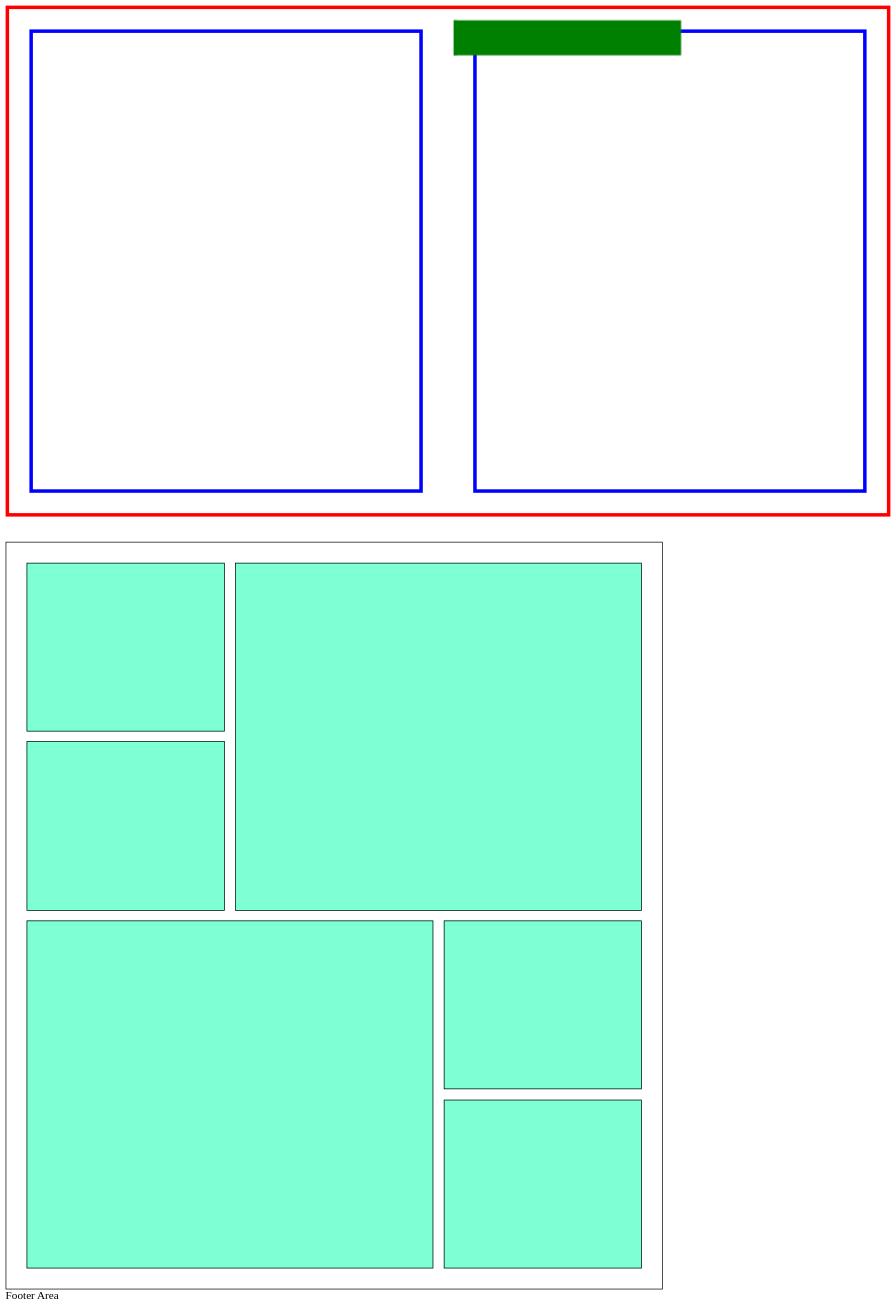
Repository: BwesewB/Brutalist-Website
Page: /
An editor plug-in stored every save of this project. The page is shown before and after the next save, followed by the edit.
The browser window is 1280 px wide. The pictures show the whole page, at 70% of full size.
The project was rebuilt for these pictures with package versions that can differ from the ones it lists, and the page was loaded fresh each time. The framework's server and built-in components were replaced by stand-ins that run in the browser. Also part of the build but not shown: next.config.mjs.

Above is the page before, as saved 2024-02-03 17:30:48.

### pages/index.js
import Head from "next/head";
import Image from "next/image";
import styles from "@/styles/Home.module.css";
import { useState } from "react";



export default function Home() {

  const[input,setInput] = useState();


  const classFilters = {
    1: 'Magician',
    2: 'Theif',
    4: 'Warrior',
    8: 'Bowman',
    16: 'Pirate',
    32: 'Nothing'
  }

const getClassStyle = flagValue => (input & flagValue) > 0 ? { backgroundColor: 'yellow'} : null;

  return (
    <>
      <Head>
        <title>Create Next App</title>
        <meta name="description" content="Generated by create next app" />
        <meta name="viewport" content="width=device-width, initial-scale=1" />
        <link rel="icon" href="/favicon.ico" />
      </Head>
      <main className={`${styles.main}`}>
        <div className={styles.titlePage}>
          <div className={styles.graphic}></div>
          <div className={styles.displayPanel}>
            <div className={styles.inputArea}></div>
          </div>
        </div>
        <div className={styles.displayArea}>
          <div className={styles.posterOne}></div>
          <div className={styles.posterTwo}></div>
          <div className={styles.posterThree}></div>
          <div className={styles.posterFour}></div>
          <div className={styles.posterFive}></div>
          <div className={styles.posterSix}></div>
        </div>
      </main>
      <footer>
        Footer Area
      </footer>
    </>
  );
}

{/* <div class="inputArea">
<input
id="input"
type="text"
placeholder="bitmask decimal value"
value={input}
onChange={event => setInput(event.target.value)}
/>
</div>
<div class="posterArea" >                                                             need to change to posters
<table>
  <tbody>
    {
      Object.keys(classFilters).map(item => (
        <tr key={item} style={getClassStyle(item)}>
          <td>{item}</td>
          <td>{classFilters[item]}</td>
        </tr>
      ))
    }
  </tbody>
</table>
</div> */}

### styles/globals.css
:root{

}

### styles/Home.module.css
.main {
  display:grid;
  grid-template-columns: repeat(4, 1fr);
  gap:5vh;
}

/* <div class="titlePage">
<div class="graphic"></div>
<div class="inputArea"></div>
</div>
<div class="displayArea">
<div class="posterOne"></div>
<div class="posterTwo"></div>
<div class="posterThree"></div>
<div class="posterFour"></div>
<div class="posterFive"></div>
<div class="posterSix"></div>
</div> */

.titlePage{
  height:100vh;
  grid-column: 1/5;
  border: 5px solid red;
/*---------------------------------------------------------------------------------------------------------*/
  display:grid;
  grid-template-columns: repeat(2, 1fr);
  gap:2vh;
}

.graphic, .displayPanel{
  border: 5px solid blue;
  margin:4vh;
}

.graphic{
  grid-column: 1/2;

}

.displayPanel{
  grid-column: 2/3;
  grid-template-columns: repeat(2, 1fr);
  gap:4vh
}

.inputArea{
  position:fixed;
  border-left: 5px solid green;
  background-color: green;
  position: fixed;
  top: 4vh;
  left: 90vh;
  width: 25%;
  height: 50px;
}

/*---------------------------------------------------------------------------------------------------------*/
.displayArea {
  grid-column: 1/4;
/*--------------------------------------------------------------------------------------------------------- This needs to be in a component*/
  display: grid;
  grid-template-columns: repeat(3, 1fr);
  grid-template-rows: repeat(4, 1fr);
  gap: 2vh;
  border: 1px solid black;
  height:140vh;
  padding: 4vh;
}
/*---------------------------------------------------------------------------------------------------------*/

.posterOne,
.posterTwo,
.posterThree,
.posterFour,
.posterFive,
.posterSix {
  background-color: aquamarine;
  border: 1px solid black;
}

.posterTwo{
  grid-column: 2/4;
  grid-row: 1/3;
}

.posterFour{
  grid-column: 1/3;
  grid-row: 3/5;
}

Loaded but not shown: pages/_app.js (common file); pages/_document.js (common file)

After the next save:
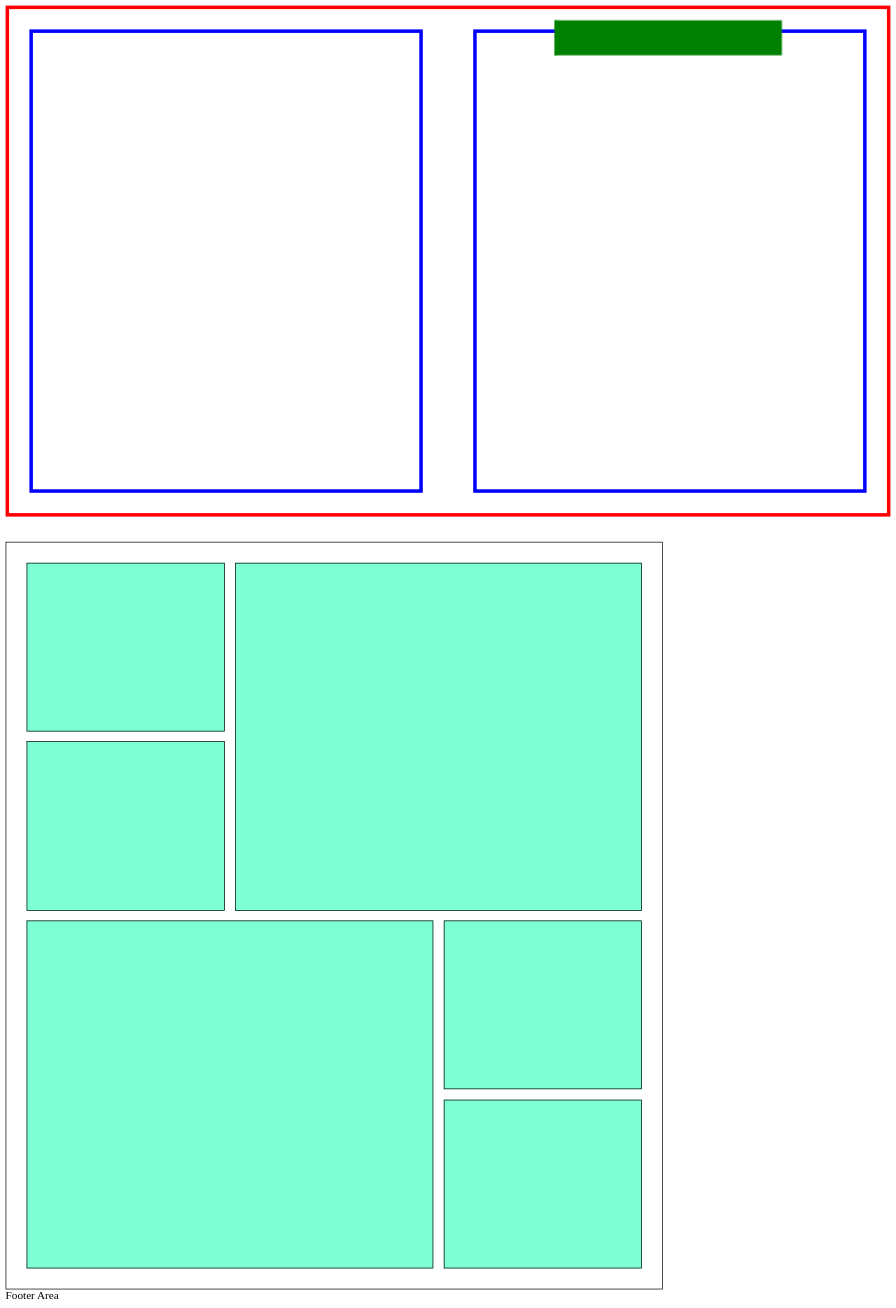
Saved 6 s later.
--- a/styles/Home.module.css
+++ b/styles/Home.module.css
@@ -49,7 +49,7 @@
   background-color: green;
   position: fixed;
   top: 4vh;
-  left: 90vh;
+  left: 110vh;
   width: 25%;
   height: 50px;
 }
